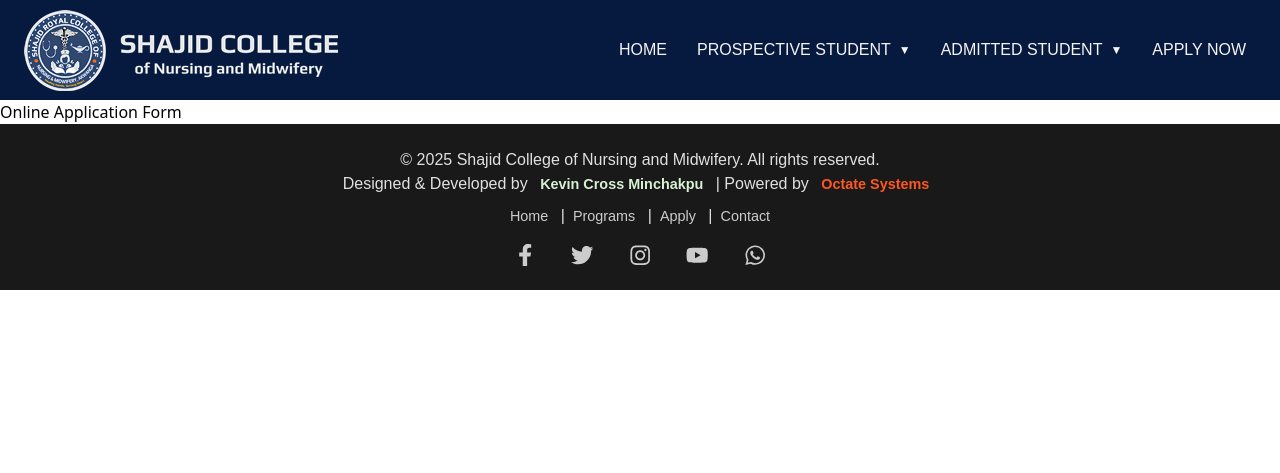
Repository: GlorifiedIntel/shajid-sms
Page: /applicationform
The author's editor kept a copy of each file at every save. The page is drawn from the files as they stood at one save, then again after the next save.
The browser window is 1280 px wide. The pictures show the whole page.
The project was rebuilt for these pictures with package versions that can differ from the ones it lists, and the page was loaded fresh each time. The framework's server and built-in components were replaced by stand-ins that run in the browser. Also part of the build but not shown: next.config.mjs, src/pages/applicationform.module.css.

Above is the page before, as saved 2025-07-04 11:28:22.

### src/pages/applicationform.jsx
import '../app/globals.css';
import styles from './applicationform.module.css';

import Navbar from '../components/navbar/Navbar';
import Footer from '../components/footer/Footer';

export default function ApplicationForm() {
  return (
    <>
     <Navbar />
    <div>
      <h1>Online Application Form</h1>
      {/* Your form or other content goes here */}
    </div>

     <Footer />
    </>



  );
}

### src/app/globals.css
@import "tailwindcss";

:root {
    --bg: #fdfdff;
    --btn: #2A3D45;
    --primary: #0E103D;
    --secondary: #14453D;
    --delft-blue:#183059;
    --white-smoke:#F6F4F3;
    --indigo-dye: #124E78;
    --cream:#F0F0C9;
    --prussian-blue: #102B3F;
    --midnight-green:#003844;
    --caribbean-current:#006C67;
    --gunmetal:#122C34;
    --navbar-bg: #061A40;
    --jasper: #CD5334;
    --web-orange: #FAA916;
    --font-play: 'Play', sans-serif;
    --text: #333;
    --oxford-blue: #061A40;
    --eerie-blck: #1B1B1E;
    --carmine: #96031A;
}

* {
    margin: 0;
    padding: 0;
    box-sizing: border-box;
}

body {
    margin: 0;
    padding: 0;
}

a {
    color: inherit;
    text-decoration: none;

}

### src/components/navbar/Navbar.jsx
import React from 'react';
import Links from "./links/Links";
import styles from './navbar.module.css';

const Navbar = () => {
  return (
    <div className={styles.container}>
      <div className={styles.logo}>
        <img src="./logo.png" alt="Shajid College Logo" className={styles.logoImage} />
      </div>
      <div>
        <Links />
      </div>
    </div>
  );
};

export default Navbar;

### src/components/footer/Footer.jsx
import {
  FaFacebookF,
  FaTwitter,
  FaInstagram,
  FaYoutube,
  FaWhatsapp,
} from 'react-icons/fa';
import './Footer.css'; // Ensure you have a CSS file for styling

export default function Footer() {
  return (
    <footer className="site-footer">
      <div className="footer-content">
        <p>&copy; {new Date().getFullYear()} Shajid College of Nursing and Midwifery. All rights reserved.</p>

        <p>
  Designed & Developed by{' '}
  <a
    href="https://www.linkedin.com/in/kevin-cross-minchakpu-7897379a"
    target="_blank"
    rel="noopener noreferrer"
    className="kevin-link"
  >
    Kevin Cross Minchakpu
  </a>{' '}
  | Powered by{' '}
  <a
    href="https://octatesystems.github.io/OSNigeria/"
    target="_blank"
    rel="noopener noreferrer"
    className="octate-link"
  >
    Octate Systems
  </a>
</p>

        <nav className="footer-links">
          <a href="/">Home</a> |
          <a href="/programs">Programs</a> |
          <a href="/apply">Apply</a> |
          <a href="/contact">Contact</a>
        </nav>

        <div className="social-icons">
          <a href="https://facebook.com" target="_blank" rel="noopener noreferrer" aria-label="Facebook">
            <FaFacebookF />
          </a>
          <a href="https://twitter.com" target="_blank" rel="noopener noreferrer" aria-label="Twitter">
            <FaTwitter />
          </a>
          <a href="https://instagram.com" target="_blank" rel="noopener noreferrer" aria-label="Instagram">
            <FaInstagram />
          </a>
          <a href="https://youtube.com" target="_blank" rel="noopener noreferrer" aria-label="YouTube">
            <FaYoutube />
          </a>
          <a href="https://wa.me/2348012345678" target="_blank" rel="noopener noreferrer" aria-label="WhatsApp">
            <FaWhatsapp />
          </a>
        </div>
      </div>
    </footer>
  );
}

### src/components/navbar/links/Links.jsx
'use client';

import styles from './links.module.css';
import NavLink from './navLink/navLink';

const Links = () => {
  const links = [
    { title: 'HOME', path: '/' },
    {
      title: 'PROSPECTIVE STUDENT',
      path: '/auth/prospective-student',
      children: [
        { title: 'Check My Eligibility', path: '/auth/prospective-student/eligibility' },
        { title: 'Prospective Student Info', path: '/auth/prospective-student/info' },
        { title: 'Fees & Financial Assistance', path: '/auth/prospective-student/fees' },
        { title: 'Graduation Requirements', path: '/auth/prospective-student/graduation' },
        { title: 'Apply Now', path: '/apply' },
        { title: 'Advising & Support', path: '/auth/prospective-student/advising' },
        { title: 'FAQ', path: '/auth/prospective-student/faq' },
      ],
    },
    {
      title: 'ADMITTED STUDENT',
      path: '/auth/admitted-student',
      children: [
        { title: 'Admitted Student Info', path: '/auth/admitted-student/info' },
        { title: 'Fees & Financial Assistance', path: '/auth/admitted-student/fees' },
        { title: 'Advising & Support', path: '/auth/admitted-student/advising' },
        { title: 'Facebook Group 🔗', path: 'https://facebook.com/groups/yourgroup', external: true },
      ],
    },
    { title: 'APPLY NOW', path: '/apply' },
  ];

  return (
    <div className={styles.links}>
      {links.map((link) => (
        <NavLink item={link} key={link.title} />
      ))}
    </div>
  );
};

export default Links;

### src/components/navbar/navbar.module.css
.container {
    background-color: var(--navbar-bg);
    height: 100px;
    display: flex;
    align-items: center;
    justify-content: space-between;
    padding: 1.5rem;
    margin: auto;
    height: 100px;
    width: 100vw;
}



.logoImage {
  height: 81px;
  width: 314px;
}


.fontlight {
    font-size: 30px;
    font-family: "Play", sans-serif;
    font-weight: 400;
    font-style: normal;
    color: var(--white-smoke);

}

### src/components/footer/Footer.css


/* Footer styles */
.site-footer {
  background-color: #191919;
  color: #e2dfdf;
  padding: 1.5rem 0;
  text-align: center;
  font-family: var(--font-play);
  margin: auto;
  width: 100vw;

}

.footer-content {
  max-width: 1000px;
  margin: auto;
  padding: 0 1rem;
}

.footer-content nav {
  margin-top: 0.5rem;
}

.footer-content a {
  color: #ccc;
  margin: 0 0.5rem;
  text-decoration: none;
  font-size: 0.9rem;
}

.footer-content a:hover {
  color: #fff;
  text-decoration: underline;
}

.social-icons {
    display: flex !important;
    justify-content: center;
    align-items: center;
    gap: 15px;
    margin-top: 1rem;
}

.social-icons a {
  margin: 0 10px;
  font-size: 1.4rem;
  transition: transform 0.3s ease;
}

.social-icons a:hover {
  transform: scale(1.2);
}

/* Optional: Platform-specific hover colors */
.social-icons a:nth-child(1):hover { color: #1877f2; }  /* Facebook */
.social-icons a:nth-child(2):hover { color: #1da1f2; }  /* Twitter */
.social-icons a:nth-child(3):hover { color: #e1306c; }  /* Instagram */
.social-icons a:nth-child(4):hover { color: #ff0000; }  /* YouTube */
.social-icons a:nth-child(5):hover { color: #25d366; }  /* WhatsApp */

.highlight {
  color: #f3ba00;
  font-weight: bold;
  text-decoration: none;
}

.highlight:hover {
  text-decoration: underline;
}

.footer-content a.kevin-link {
  color: #d8f0d3;
  font-weight: 600;
  text-decoration: none;
}

.footer-content a.kevin-link:hover {
  color: #f0cf15;
  text-decoration: underline;
}

.footer-content a.octate-link {
  color: #ff5722;
  font-weight: 600;
  text-decoration: none;
}

.footer-content a.octate-link:hover {
  color: #2791bb;
  text-decoration: underline;
}

### src/components/navbar/links/links.module.css
.links {
    display: flex;
    align-items: center;
    gap: 10px;
    font-family: var(--font-play);
    font-weight: 400;
    font-style: normal;
    color: var(--white-smoke);
    width: 100%;
    text-decoration: none;
}

### src/components/navbar/links/navLink/navLink.jsx
'use client';

import Link from 'next/link';
import { useState } from 'react';
import { usePathname } from 'next/navigation';
import styles from './navLink.module.css';

const NavLink = ({ item }) => {
  const pathname = usePathname();
  const [isOpen, setIsOpen] = useState(false);

  const isActive = pathname === item.path;

  const handleToggle = () => {
    setIsOpen((prev) => !prev);
  };

  const handleClose = () => {
    setIsOpen(false);
  };

  return (
    <div
      className={styles.navItem}
      onMouseEnter={() => setIsOpen(true)}
      onMouseLeave={() => setIsOpen(false)}
    >
      <div className={styles.mainLinkWrapper} onClick={item.children ? handleToggle : undefined}>
        <Link
          href={item.path}
          className={`${styles.mainLink} ${isActive ? styles.active : ''}`}
        >
          {item.title}
        </Link>
        {item.children && (
          <span className={styles.arrow}>{isOpen ? '▲' : '▼'}</span>
        )}
      </div>

      {item.children && isOpen && (
        <div className={styles.dropdown}>
          {item.children.map((child) => {
            const isChildActive = pathname === child.path;
            return child.external ? (
              <a
                key={child.title}
                href={child.path}
                target="_blank"
                rel="noopener noreferrer"
                className={styles.dropdownLink}
                onClick={handleClose}
              >
                {child.title}
              </a>
            ) : (
              <Link
                key={child.title}
                href={child.path}
                className={`${styles.dropdownLink} ${isChildActive ? styles.active : ''}`}
                onClick={handleClose}
              >
                {child.title}
              </Link>
            );
          })}
        </div>
      )}
    </div>
  );
};

export default NavLink;

### src/components/navbar/links/navLink/navLink.module.css

.active {
    background-color: var(--web-orange);
    color: black;
    padding: 12px 12px;
    width: 220px;
    display: inline-block;
    border-radius: 6px;
    text-align: center;
}

.navItem {
  position: relative;
  display: inline-block;
}

.mainLinkWrapper {
  display: flex;
  align-items: center;
  justify-content: space-between;
  cursor: pointer;
  padding: 10px;
}

.mainLink {
  text-decoration: none;
  color: var(--white-smoke);

}

.arrow {
  margin-left: 8px;
  font-size: 12px;
}

.dropdown {
  position: absolute;
  top: 100%;
  left: 0;
  background-color: white;
  border: 1px solid #ddd;
  box-shadow: 0px 4px 8px rgba(0,0,0,0.1);
  z-index: 1000;
  min-width: 230px;
}

.dropdownLink {
  display: block;
  padding: 10px 15px;
  color: #333;
  text-decoration: none;
  transition: background-color 0.2s;
}

.dropdownLink:hover {
  background-color: #f5f5f5;
}

/* Optional: Responsive tweaks for better mobile support */
@media (max-width: 768px) {
  .dropdown {
    position: static;
    box-shadow: none;
    border: none;
  }

  .navItem {
    display: block;
  }

  .mainLinkWrapper {
    justify-content: flex-start;
  }

  .arrow {
    margin-left: auto;
  }
}

After the next save:
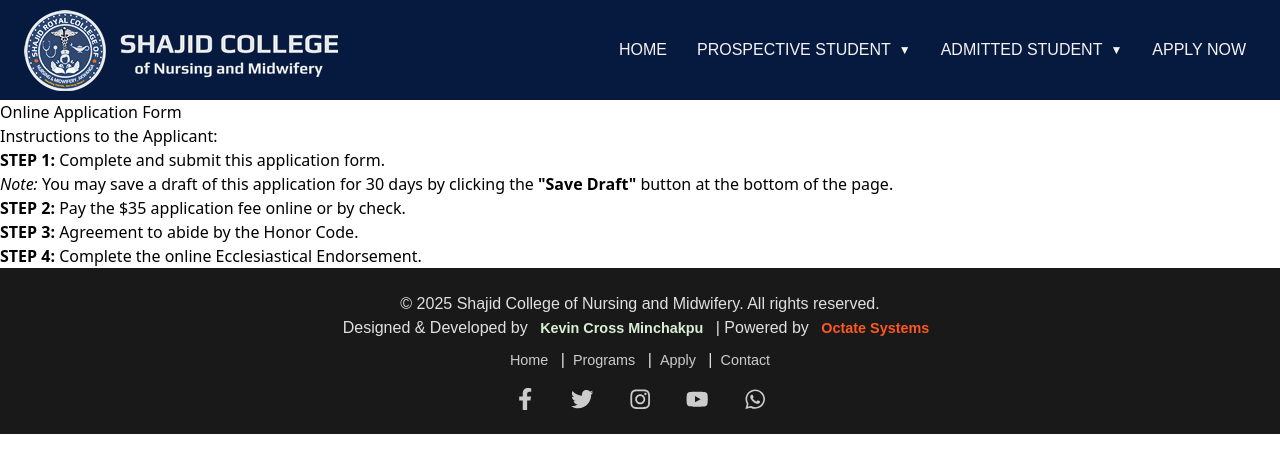
Saved 21 min 2 s later.
--- a/src/pages/applicationform.jsx
+++ b/src/pages/applicationform.jsx
@@ -7,16 +7,33 @@ import Footer from '../components/footer/Footer';
 export default function ApplicationForm() {
   return (
     <>
-     <Navbar />
-    <div>
-      <h1>Online Application Form</h1>
-      {/* Your form or other content goes here */}
-    </div>
+      <Navbar />
+      <div className={styles.applicationContainer}>
+        <h1>Online Application Form</h1>
 
-     <Footer />
+        <div className={styles.instructions}>
+          <h2>Instructions to the Applicant:</h2>
+          <ol>
+            <li>
+              <strong>STEP 1:</strong> Complete and submit this application form.
+              <br />
+              <em>Note:</em> You may save a draft of this application for 30 days by clicking the <strong>"Save Draft"</strong> button at the bottom of the page.
+            </li>
+            <li>
+              <strong>STEP 2:</strong> Pay the $35 application fee online or by check.
+            </li>
+            <li>
+              <strong>STEP 3:</strong> Agreement to abide by the Honor Code.
+            </li>
+            <li>
+              <strong>STEP 4:</strong> Complete the online Ecclesiastical Endorsement.
+            </li>
+          </ol>
+        </div>
+
+        {/* Your form or other content goes here */}
+      </div>
+      <Footer />
     </>
-
-
-
   );
 }
